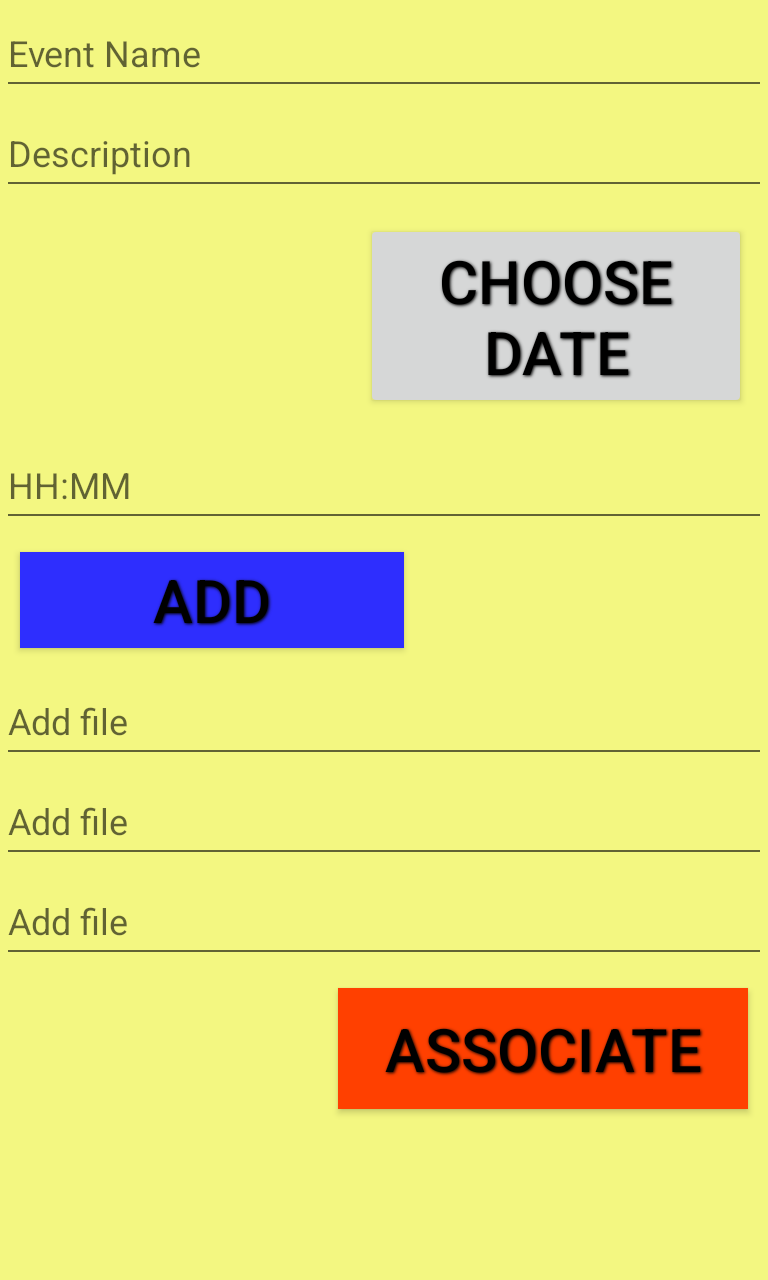
Repository: bluenavy/requirements
Layout: workspace/RetentionScheduler/res/layout/create_event.xml
The author's editor kept a copy of each file at every save. The layout is drawn from the files as they stood at one save, then again after the next save.
It is drawn on a 768 x 1280 px phone screen (xhdpi) without system bars, with theme AppTheme; the app's code is not run.

Above is the layout before, as saved 2015-03-19 21:56:13.

After the next save:
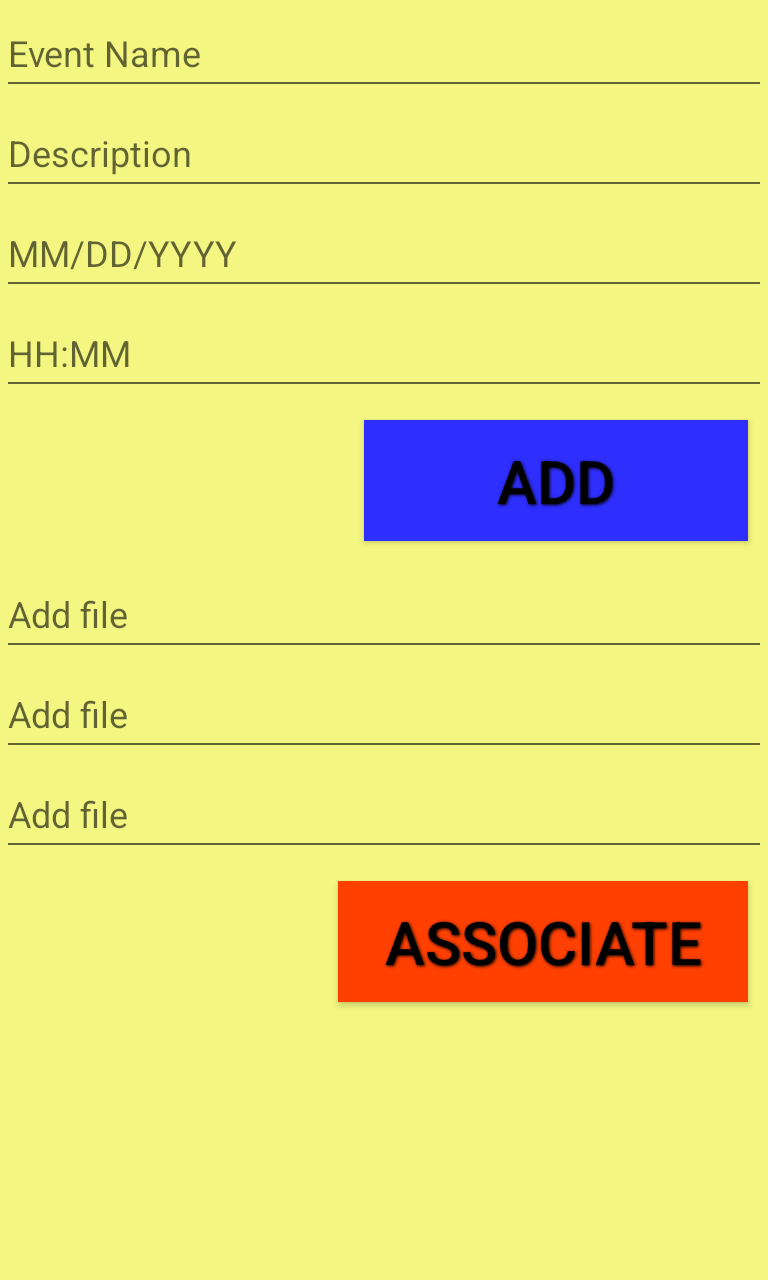
Saved 21 s later.
--- a/workspace/RetentionScheduler/res/layout/create_event.xml
+++ b/workspace/RetentionScheduler/res/layout/create_event.xml
@@ -20,15 +20,12 @@
         android:textColor="#000000"
 	    android:hint="@string/hint_desc"/>
 
-    <Button android:id="@+id/myDatePickerButton"
-        style="@style/ButtonText"
-        android:layout_width="192dp"
-        android:layout_height="wrap_content"
-      	android:layout_gravity="end"
+    <EditText
+       	android:id="@+id/dated"
+	    android:layout_width="match_parent"
+	    android:layout_height="50dp"
         android:textColor="#000000"
-        android:padding="10dp"
-        android:onClick="onClick"
-        android:text="Choose Date"/>
+	    android:hint="@string/hint_date"/>
 
     <EditText
        	android:id="@+id/time"
@@ -42,7 +39,10 @@
         style="@style/ButtonText"
         android:layout_width="192dp"
         android:layout_height="wrap_content"
+      	android:layout_gravity="end"
         android:textColor="#000000"
+        android:padding="10dp"
+        android:onClick="onClick"
         android:text="Add"
         android:background="#2E2EFE"
         />
